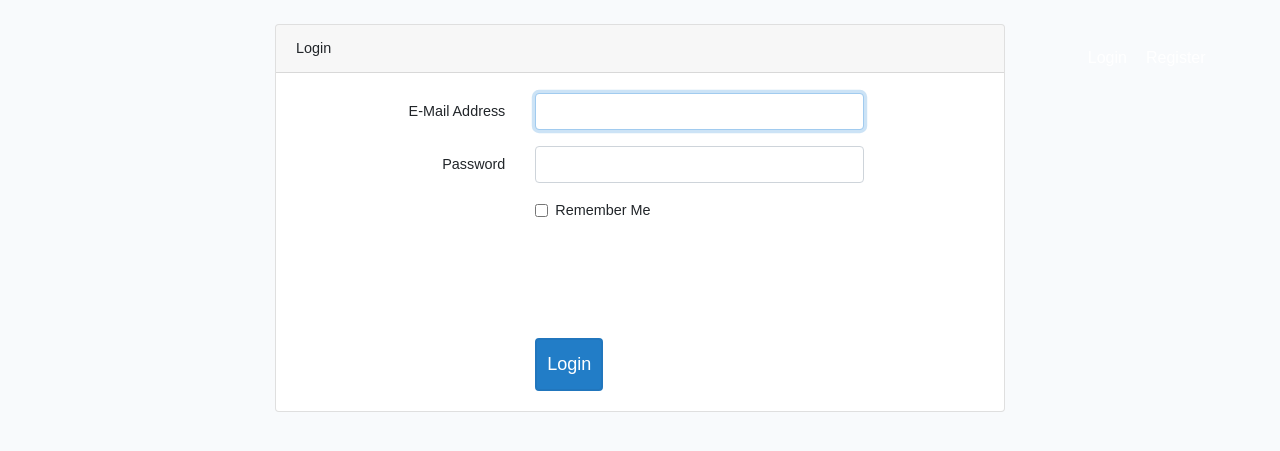
Repository: PatryxB/buildHouse
Page: http://localhost/login
The author's editor kept a copy of each file at every save. The page is drawn from the files as they stood at one save, then again after the next save.
The browser window is 1280 px wide. The pictures show the whole page.
The pointer rests on the first visible `.btn`.
Some web fonts or font styles are not loaded; a fallback is used. The page is served by the project's Laravel application, run on PHP 8.4 with Laravel 8. Style sheets and scripts are compiled from the project's sources, by tool versions that may differ from the author's.

Above is the page before, as saved 2020-04-30 20:27:40.

After the next save:
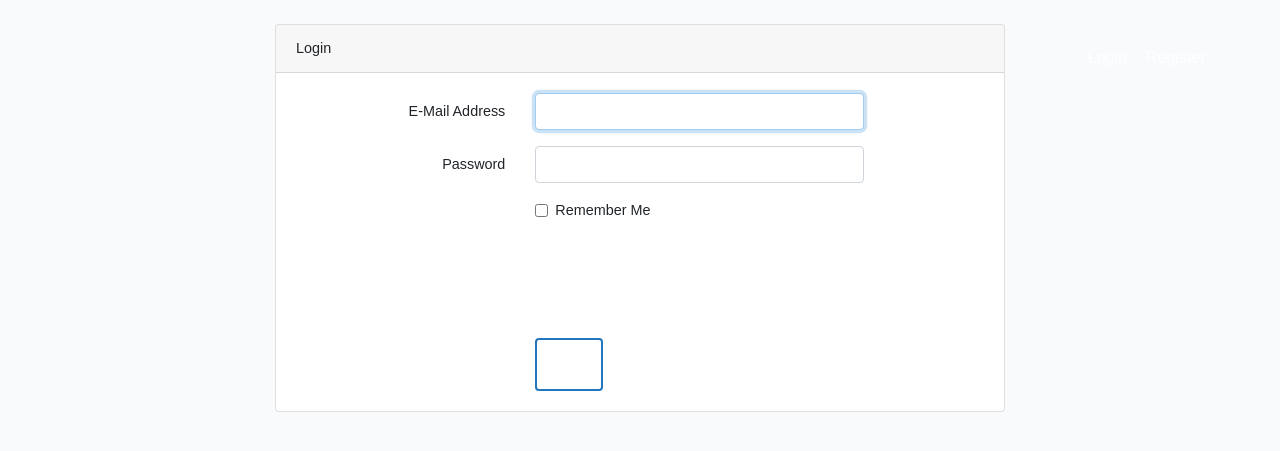
Saved 55 s later.
--- a/resources/sass/app.scss
+++ b/resources/sass/app.scss
@@ -48,3 +48,7 @@ nav a {
     font-size: 18px;
     padding: 10px;
 }
+.btn:hover{
+    background-color: white;
+    color: transparent;
+}
